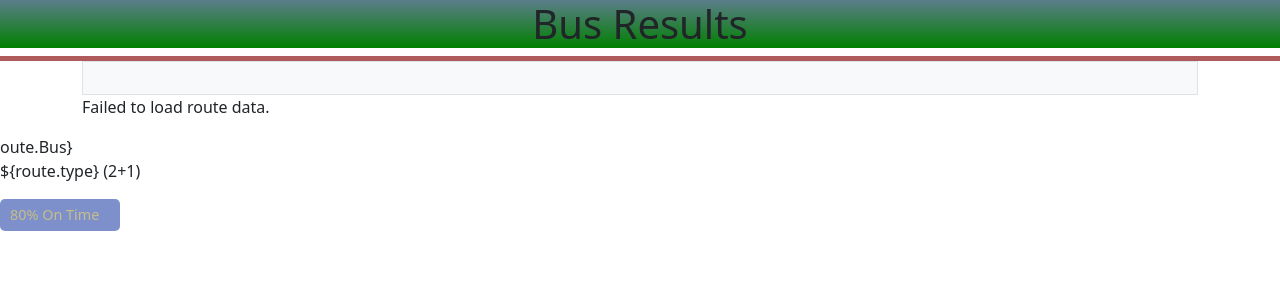
Repository: mohanmania/Redbus_Clone
Page: js-project/bus-details/results.html
These files come from the project's save history. The page is drawn as it stood at one moment and after the next save; the edit follows.
The browser window is 1280 px wide. The pictures show the whole page.
The page's requests for data from a server got no answer.

Above is the page before, as saved 2025-01-13 19:27:40.

After the next save:
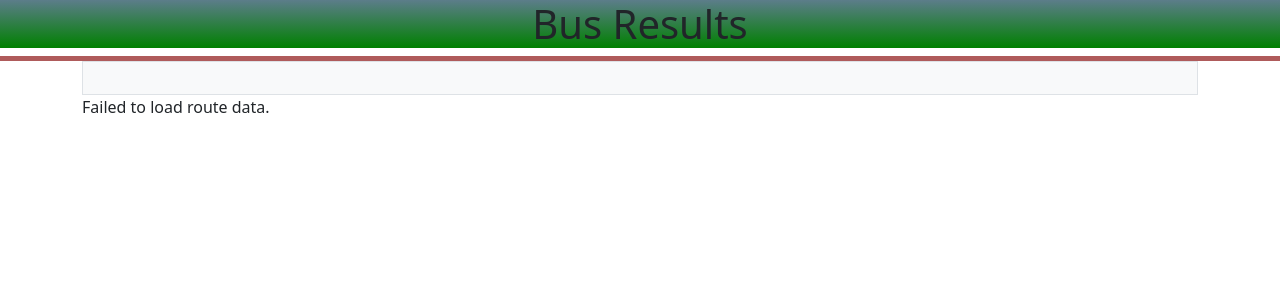
Saved 8 s later.
--- a/js-project/bus-details/results.html
+++ b/js-project/bus-details/results.html
@@ -138,11 +138,7 @@
       </div>
     <div id="results" class="container"></div>
 
-  oute.Bus}</h3>
-                                <p>${route.type} (2+1)</p>
-                                <div class="route-ontime">80% On Time</div>
-                            </div>
-                            <div>
+
 
     <script src="../bus-details/result.js"></script>
 </body>
